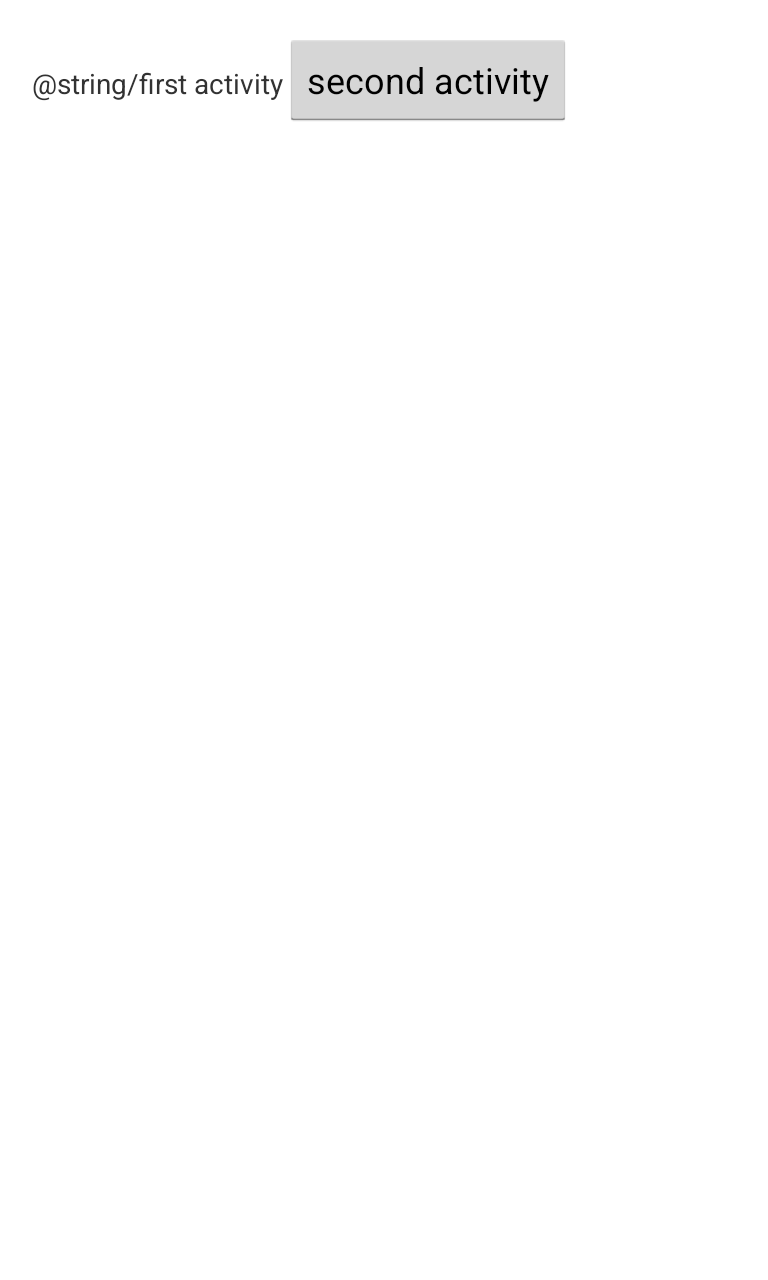
Repository: DongHuaLu/android
Layout: 23TwoActivity/res/layout/activity_main.xml
These files come from the project's save history. The layout is drawn as it stood at one moment and after the next save; the edit follows.
It is drawn on a 768 x 1280 px phone screen (xhdpi) without system bars, with theme AppTheme; the app's code is not run.

Above is the layout before, as saved 2013-08-28 06:28:58.

After the next save:
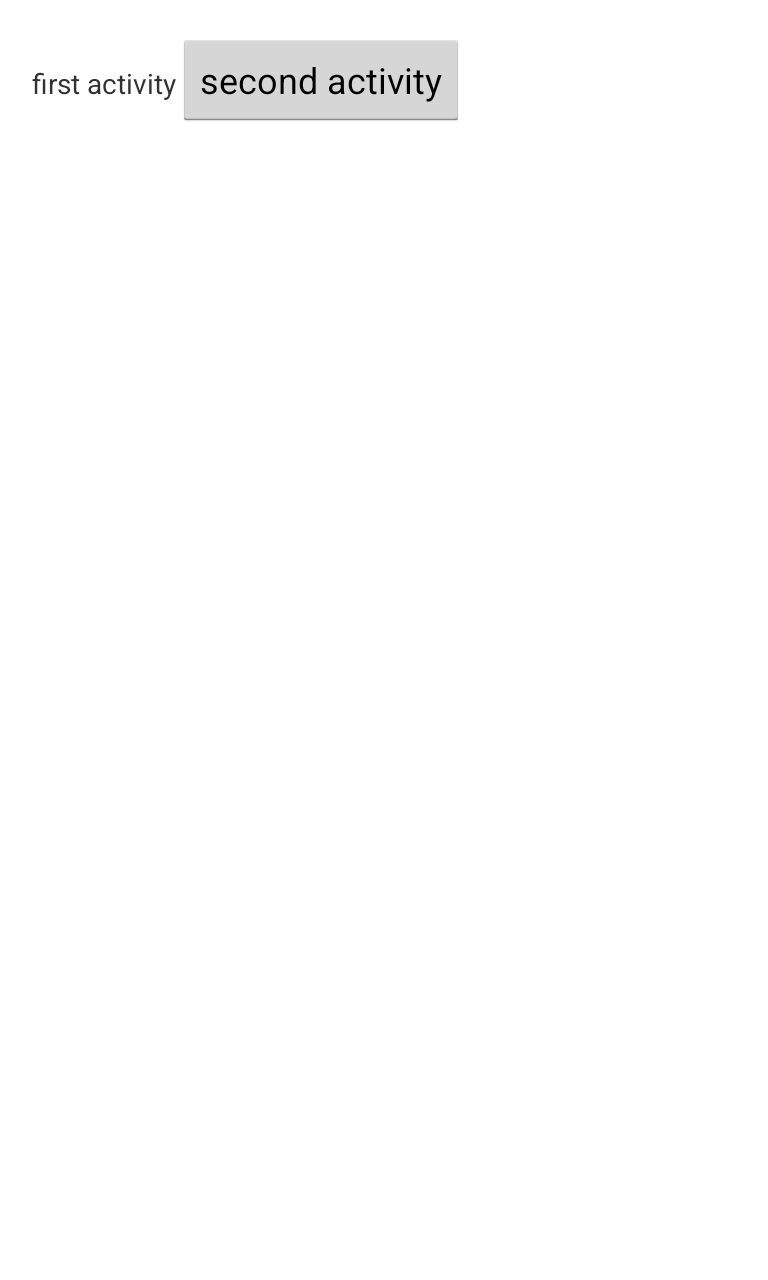
Saved 9 s later.
--- a/23TwoActivity/res/layout/activity_main.xml
+++ b/23TwoActivity/res/layout/activity_main.xml
@@ -11,7 +11,7 @@
     <TextView
         android:layout_width="wrap_content"
         android:layout_height="wrap_content"
-        android:text="@string/first activity" />
+        android:text="first activity" />
 
     <Button
         android:layout_width="wrap_content"
